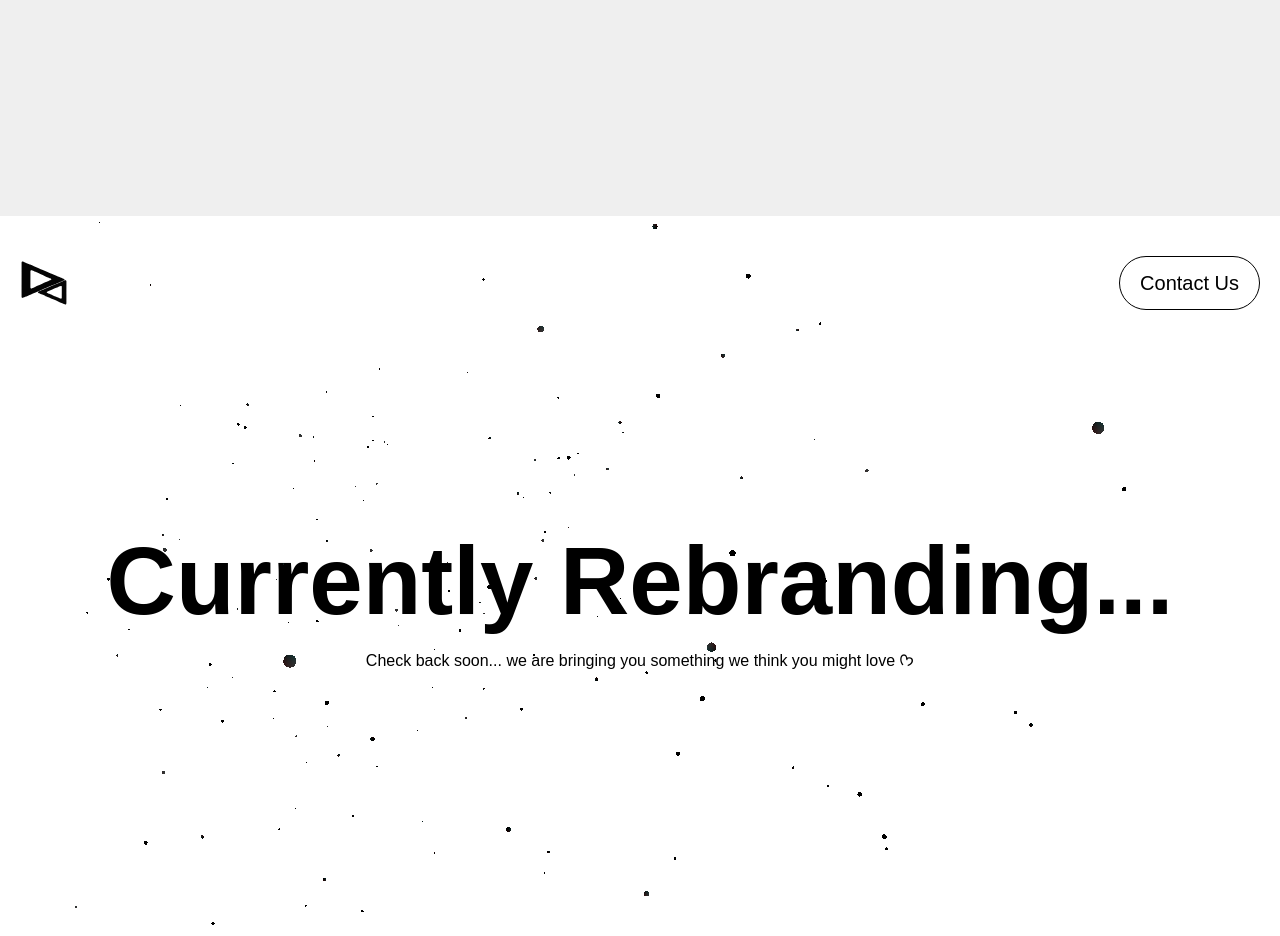
Repository: Cybugg/Nexxistudios-new
Page: /
An editor plug-in stored every save of this project. The page is shown before and after a run of saves, followed by the edit.
The browser window is 1280 px wide. The pictures show the whole page.
The project was rebuilt for these pictures with package versions that can differ from the ones it lists, and the page was loaded fresh each time. The framework's server and built-in components were replaced by stand-ins that run in the browser. Also part of the build but not shown: next.config.mjs.

Above is the page before, as saved 2025-09-06 15:41:56.

### app/layout.js
import { Geist, Geist_Mono } from "next/font/google";
import localFont from "next/font/local";
import "./globals.css";
import Particles from "./Effects/Particles";


const geistSans = Geist({
  variable: "--font-geist-sans",
  subsets: ["latin"],
});
const clashGrotesk = localFont({
  src:"./../public/fonts/TTF/ClashGrotesk-Variable.ttf",
  variable:"--font-clashGrotesk"
})

const geistMono = Geist_Mono({
  variable: "--font-geist-mono",
  subsets: ["latin"],
});

export const metadata = {
  title: "Create Next App",
  description: "Generated by create next app",
};

export default function RootLayout({ children }) {
  return (
    <html lang="en">
      <body
        className={`${geistSans.variable} ${geistMono.variable} antialiased relative ${clashGrotesk.variable} `}>
            <div className="absolute w-full h-screen">
              <Particles particleColors={['#000000', '#000000']}
    particleCount={300}
    particleSpread={10}
    speed={0.1}
    particleBaseSize={100}
    moveParticlesOnHover={true}
    alphaParticles={false}
    disableRotation={false}
  />
        </div>

        {children}
      </body>
    </html>
  );
}

### app/page.js
"use client"
import { useGSAP } from "@gsap/react";
import TopNav from "./components/topNav";
import gsap from 'gsap';
import { useRef } from "react";
import Particles from "./Effects/Particles";




export default function Home() {
  const boxRef = useRef(null);
  useGSAP(() => {

    gsap.to("#progress", {
      width:"95%",
      duration:3,
      ease: 'power2.out',
    });
  },);

  return (
    <div className="grid grid-rows-[20px_1fr_20px] min-h-screen p-3 px-5  sm:p-5 bg-white text-black font-clashGrotesk">
      <main className="flex flex-col  row-start-2 items-center mx-auto container" >

      {/* Nav section */}
  <TopNav />
      {/* Hero */}
      <section className="h-full w-full flex items-center justify-center">
    <div className="">
    {/* <div className="text-3xl">
    Re-branding in Progress...
    </div> */}
    <div className="flex flex-col items-center justify-center gap-5 w-full">

{/* Main Text */}
<h1 className=" text-black flex items-center justify-center  w-full font-bold  text-8xl">
Currently Rebranding...
</h1>
{/* Sub-text */}
<p className="">
  Check back soon... we are bringing you something we think you might love ᡣ𐭩
</p>

    </div>

    <div>

    </div>
    </div>
      </section>

      </main>
      <footer className="row-start-3 flex gap-[24px] flex-wrap items-center justify-center">

      </footer>
    </div>
  );
}

### app/globals.css
@import "tailwindcss";

:root {
  --background: #ffffff;
  --foreground: #171717;
}

@theme inline {
  --color-background: var(--background);
  --color-foreground: var(--foreground);
  --font-sans: var(--font-geist-sans);
  --font-mono: var(--font-geist-mono);
}

@media (prefers-color-scheme: dark) {
  :root {
    --background: #0a0a0a;
    --foreground: #ededed;
  }
}

body {
  background: var(--background);
  color: var(--foreground);
  font-family: Arial, Helvetica, sans-serif;
}

@keyframes load {
  0% {
    top: 4.5rem;
  }
  70% {
    top: 1.125rem;
  }
  90% {
    top: 0;
  }
  95% {
    top: 0;
  }
  100% {
    top: 4.5rem;
  }
}
@keyframes liquid-1 {
  0% {
    height: 0;
    opacity: 0;
    top: -0.5rem;
  }
  22% {
    height: 0.28125rem;
    top: 0.375rem;
    opacity: 1;
  }
  25% {
    top: -0.25rem;
  }
  35% {
    height: 1.125rem;
    top: -0.5rem;
  }
  55% {
    height: 0.28125rem;
    top: -0.125rem;
  }
  60% {
    height: 0.61875rem;
    opacity: 1;
    top: -0.275rem;
  }
  96% {
    height: 0.84375rem;
    opacity: 0;
    top: 0.5rem;
  }
  100% {
    height: 0;
    opacity: 0;
  }
}
@keyframes liquid-2 {
  0% {
    height: 0;
    opacity: 0;
    top: -0.5rem;
  }
  17.5% {
    height: 0.28125rem;
    top: 0.2rem;
    opacity: 1;
  }
  20% {
    top: -0.25rem;
  }
  25% {
    height: 1.40625rem;
    top: -0.625rem;
  }
  45% {
    height: 0.28125rem;
    top: -0.125rem;
  }
  60% {
    height: 1.40625rem;
    opacity: 1;
    top: -0.5rem;
  }
  96% {
    height: 0.84375rem;
    opacity: 0;
    top: 0.5rem;
  }
  100% {
    height: 0;
    opacity: 0;
  }
}
.battery {
  display: inline-block;
  position: relative;
  width: 2.25rem;
  height: 4.5rem;
  box-shadow: 0 0 0 0.2rem #425c77;
  background: white;
  border-radius: 0.09rem;
}
.battery:before {
  content: "";
  position: absolute;
  left: 0.5625rem;
  right: 0.5625rem;
  top: -0.3375rem;
  height: 0.3375rem;
  width: 1.125rem;
  background: #425c77;
  border-radius: 0.18rem;
}
.battery:after {
  content: "";
  position: absolute;
  top: 0;
  bottom: 0;
  left: 0;
  right: 0;
  border-right: 2.25rem solid transparent;
  border-bottom: 4.05rem solid rgba(255, 255, 255, 0.325);
}

.liquid {
  position: absolute;
  top: 0;
  bottom: 0;
  left: 0;
  right: 0;
  width: 2.25rem;
  background: #71fb85;
  animation: load 2.25s infinite;
}
.liquid:after, .liquid:before {
  content: "";
  position: absolute;
  top: -0.5rem;
  height: 1.125rem;
  width: 1.4625rem;
  background: #71fb85;
  border-radius: 50%;
  opacity: 0;
}
.liquid:after {
  right: 0;
  animation: liquid-1 2.25s infinite;
}
.liquid:before {
  left: 0;
  animation: liquid-2 2.25s infinite;
}

body {
  padding-top: 30vh;
  background: #efefef;
  text-align: center;
}

@keyframes power {
  0% {
    color: #bcbcbc;
  }
  75% {
    color: #bcbcbc;
    text-shadow: none;
  }
  90% {
    color: #58fa70;
    text-shadow: 0 0 0.8em #71fb85;
  }
  100% {
    color: #bcbcbc;
    text-shadow: none;
  }
}
h5 {
  font-family: Lato, sans-serif;
  font-weight: 300;
  letter-spacing: 0.025rem;
  text-transform: uppercase;
  color: #bcbcbc;
  animation: power 2.25s infinite;
}

### app/Effects/Particles.js
"use client"

import { useEffect, useRef } from 'react';
import { Renderer, Camera, Geometry, Program, Mesh } from 'ogl';

const defaultColors = ['#ffffff', '#ffffff', '#ffffff'];

const hexToRgb = hex => {
  hex = hex.replace(/^#/, '');
  if (hex.length === 3) {
    hex = hex
      .split('')
      .map(c => c + c)
      .join('');
  }
  const int = parseInt(hex, 16);
  const r = ((int >> 16) & 255) / 255;
  const g = ((int >> 8) & 255) / 255;
  const b = (int & 255) / 255;
  return [r, g, b];
};

const vertex = /* glsl */ `
  attribute vec3 position;
  attribute vec4 random;
  attribute vec3 color;

  uniform mat4 modelMatrix;
  uniform mat4 viewMatrix;
  uniform mat4 projectionMatrix;
  uniform float uTime;
  uniform float uSpread;
  uniform float uBaseSize;
  uniform float uSizeRandomness;

  varying vec4 vRandom;
  varying vec3 vColor;

  void main() {
    vRandom = random;
    vColor = color;

    vec3 pos = position * uSpread;
    pos.z *= 10.0;

    vec4 mPos = modelMatrix * vec4(pos, 1.0);
    float t = uTime;
    mPos.x += sin(t * random.z + 6.28 * random.w) * mix(0.1, 1.5, random.x);
    mPos.y += sin(t * random.y + 6.28 * random.x) * mix(0.1, 1.5, random.w);
    mPos.z += sin(t * random.w + 6.28 * random.y) * mix(0.1, 1.5, random.z);

    vec4 mvPos = viewMatrix * mPos;

    if (uSizeRandomness == 0.0) {
      gl_PointSize = uBaseSize;
    } else {
      gl_PointSize = (uBaseSize * (1.0 + uSizeRandomness * (random.x - 0.5))) / length(mvPos.xyz);
    }

    gl_Position = projectionMatrix * mvPos;
  }
`;

const fragment = /* glsl */ `
  precision highp float;

  uniform float uTime;
  uniform float uAlphaParticles;
  varying vec4 vRandom;
  varying vec3 vColor;

  void main() {
    vec2 uv = gl_PointCoord.xy;
    float d = length(uv - vec2(0.5));

    if(uAlphaParticles < 0.5) {
      if(d > 0.5) {
        discard;
      }
      gl_FragColor = vec4(vColor + 0.2 * sin(uv.yxx + uTime + vRandom.y * 6.28), 1.0);
    } else {
      float circle = smoothstep(0.5, 0.4, d) * 0.8;
      gl_FragColor = vec4(vColor + 0.2 * sin(uv.yxx + uTime + vRandom.y * 6.28), circle);
    }
  }
`;

const Particles = ({
  particleCount = 200,
  particleSpread = 10,
  speed = 0.1,
  particleColors,
  moveParticlesOnHover = false,
  particleHoverFactor = 1,
  alphaParticles = false,
  particleBaseSize = 100,
  sizeRandomness = 1,
  cameraDistance = 20,
  disableRotation = false,
  className
}) => {
  const containerRef = useRef(null);
  const mouseRef = useRef({ x: 0, y: 0 });

  useEffect(() => {
    const container = containerRef.current;
    if (!container) return;

    const renderer = new Renderer({ depth: false, alpha: true });
    const gl = renderer.gl;
    container.appendChild(gl.canvas);
    gl.clearColor(0, 0, 0, 0);

    const camera = new Camera(gl, { fov: 15 });
    camera.position.set(0, 0, cameraDistance);

    const resize = () => {
      const width = container.clientWidth;
      const height = container.clientHeight;
      renderer.setSize(width, height);
      camera.perspective({ aspect: gl.canvas.width / gl.canvas.height });
    };
    window.addEventListener('resize', resize, false);
    resize();

    const handleMouseMove = e => {
      const rect = container.getBoundingClientRect();
      const x = ((e.clientX - rect.left) / rect.width) * 2 - 1;
      const y = -(((e.clientY - rect.top) / rect.height) * 2 - 1);
      mouseRef.current = { x, y };
    };

    if (moveParticlesOnHover) {
      container.addEventListener('mousemove', handleMouseMove);
    }

    const count = particleCount;
    const positions = new Float32Array(count * 3);
    const randoms = new Float32Array(count * 4);
    const colors = new Float32Array(count * 3);
    const palette = particleColors && particleColors.length > 0 ? particleColors : defaultColors;

    for (let i = 0; i < count; i++) {
      let x, y, z, len;
      do {
        x = Math.random() * 2 - 1;
        y = Math.random() * 2 - 1;
        z = Math.random() * 2 - 1;
        len = x * x + y * y + z * z;
      } while (len > 1 || len === 0);
      const r = Math.cbrt(Math.random());
      positions.set([x * r, y * r, z * r], i * 3);
      randoms.set([Math.random(), Math.random(), Math.random(), Math.random()], i * 4);
      const col = hexToRgb(palette[Math.floor(Math.random() * palette.length)]);
      colors.set(col, i * 3);
    }

    const geometry = new Geometry(gl, {
      position: { size: 3, data: positions },
      random: { size: 4, data: randoms },
      color: { size: 3, data: colors }
    });

    const program = new Program(gl, {
      vertex,
      fragment,
      uniforms: {
        uTime: { value: 0 },
        uSpread: { value: particleSpread },
        uBaseSize: { value: particleBaseSize },
        uSizeRandomness: { value: sizeRandomness },
        uAlphaParticles: { value: alphaParticles ? 1 : 0 }
      },
      transparent: true,
      depthTest: false
    });

    const particles = new Mesh(gl, { mode: gl.POINTS, geometry, program });

    let animationFrameId;
    let lastTime = performance.now();
    let elapsed = 0;

    const update = t => {
      animationFrameId = requestAnimationFrame(update);
      const delta = t - lastTime;
      lastTime = t;
      elapsed += delta * speed;

      program.uniforms.uTime.value = elapsed * 0.001;

      if (moveParticlesOnHover) {
        particles.position.x = -mouseRef.current.x * particleHoverFactor;
        particles.position.y = -mouseRef.current.y * particleHoverFactor;
      } else {
        particles.position.x = 0;
        particles.position.y = 0;
      }

      if (!disableRotation) {
        particles.rotation.x = Math.sin(elapsed * 0.0002) * 0.1;
        particles.rotation.y = Math.cos(elapsed * 0.0005) * 0.15;
        particles.rotation.z += 0.01 * speed;
      }

      renderer.render({ scene: particles, camera });
    };

    animationFrameId = requestAnimationFrame(update);

    return () => {
      window.removeEventListener('resize', resize);
      if (moveParticlesOnHover) {
        container.removeEventListener('mousemove', handleMouseMove);
      }
      cancelAnimationFrame(animationFrameId);
      if (container.contains(gl.canvas)) {
        container.removeChild(gl.canvas);
      }
    };
    // eslint-disable-next-line react-hooks/exhaustive-deps
  }, [
    particleCount,
    particleSpread,
    speed,
    moveParticlesOnHover,
    particleHoverFactor,
    alphaParticles,
    particleBaseSize,
    sizeRandomness,
    cameraDistance,
    disableRotation
  ]);

  return <div ref={containerRef} className={`relative w-full h-full ${className}`} />;
};

export default Particles;

### app/components/topNav.js
import Image from 'next/image';
import React from 'react'
import logo from "@/assets/images/logo-light.svg"

function TopNav() {
  return (
    <div className="flex justify-between items-center w-full">
    {/* Logo */}
    <div>
      <Image src={logo} width={48} height={46} alt="nexxistudios's logo" />
    </div>
    <ul>
      <li className="py-3 px-5 text-xl rounded-full border cursor-pointer">
Contact Us
      </li>
    </ul>
  </div>
  )
}

export default TopNav;

After the next 8 saves:
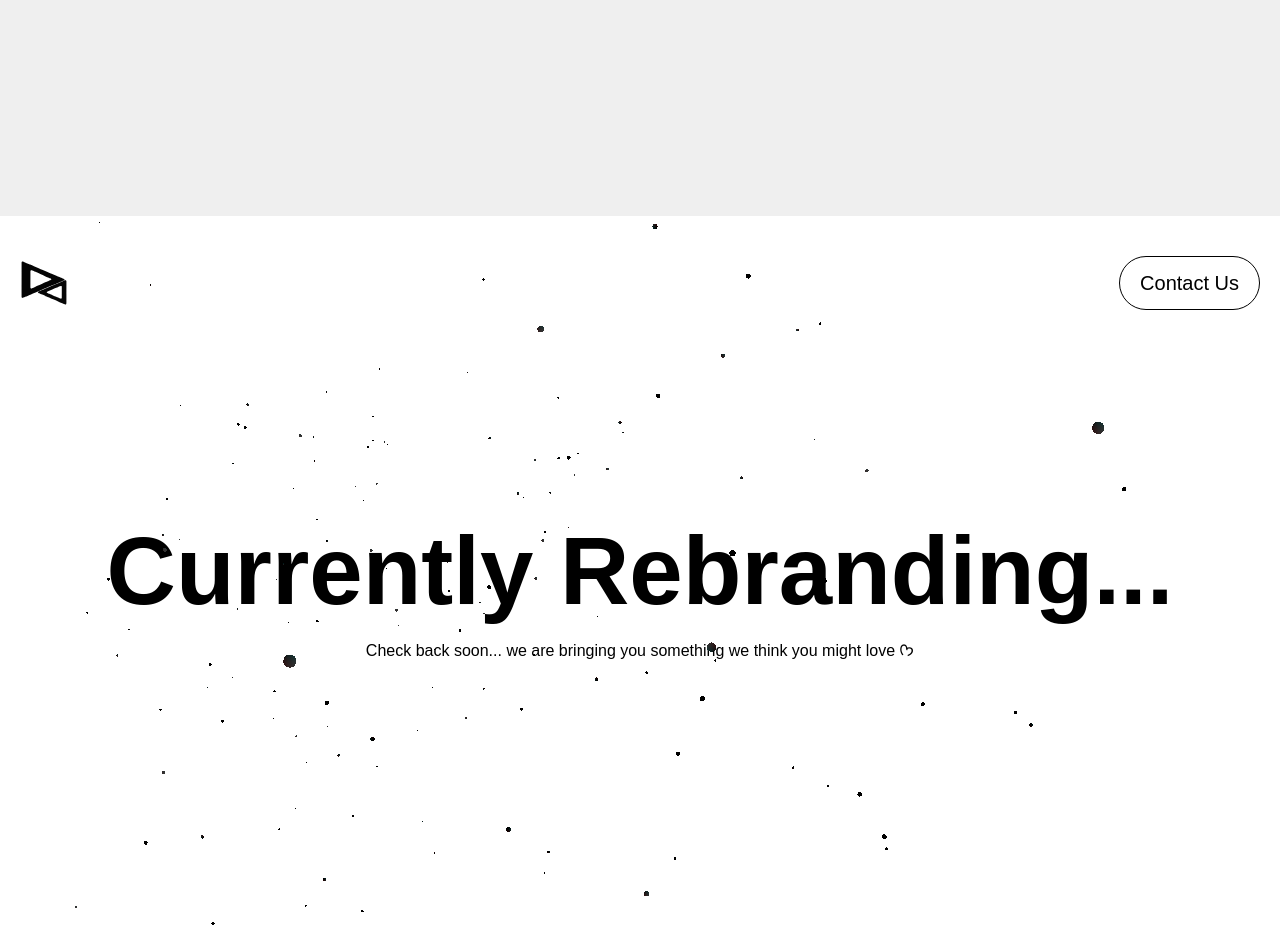
The 8 saves are shown as one change because they came seconds apart.
The last was saved 14 s later.
--- a/app/page.js
+++ b/app/page.js
@@ -41,7 +41,10 @@ Currently Rebranding...
 <p className="">
   Check back soon... we are bringing you something we think you might love ᡣ𐭩
 </p>
+{/* CTA Button */}
+<button>
 
+</button>
     </div>
 
     <div>
